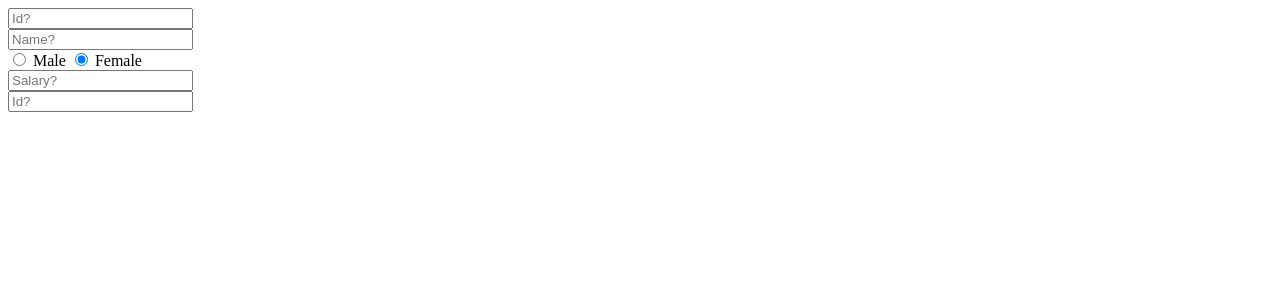
Repository: HoangTrung2004/JAVA4
Page: Lab7/src/main/webapp/views/employee.html
The author's editor kept a copy of each file at every save. The page is drawn from the files as they stood at one save, then again after the next save.
The browser window is 1280 px wide. The pictures show the whole page.

Above is the page before, as saved 2025-07-21 09:46:48.

After the next save:
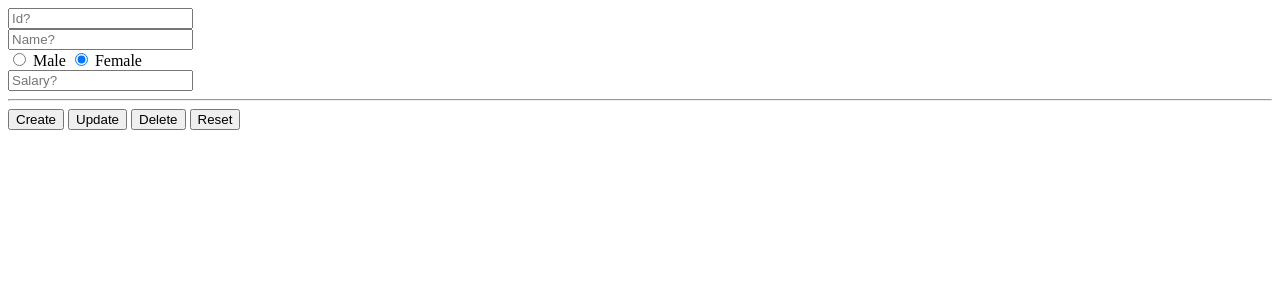
Saved 96 s later.
--- a/Lab7/src/main/webapp/views/employee.html
+++ b/Lab7/src/main/webapp/views/employee.html
@@ -12,7 +12,12 @@
 	<input type="radio" id="male" name= "gender" checked> Male
 	<input type="radio" id="female" name= "gender" checked> Female <br>
 	<input id="salary" placeholder="Salary?"> <br>
-	<input id="id" placeholder="Id?"> <br>
+	<hr>
+
+	<button onclick="ctr.create()" >Create</button>
+	<button onclick="ctr.update()" >Update</button>
+	<button onclick="ctr.delete()" >Delete</button>
+	<button onclick="ctr.reset()" >Reset</button>
 
 	</div>
 </body>
